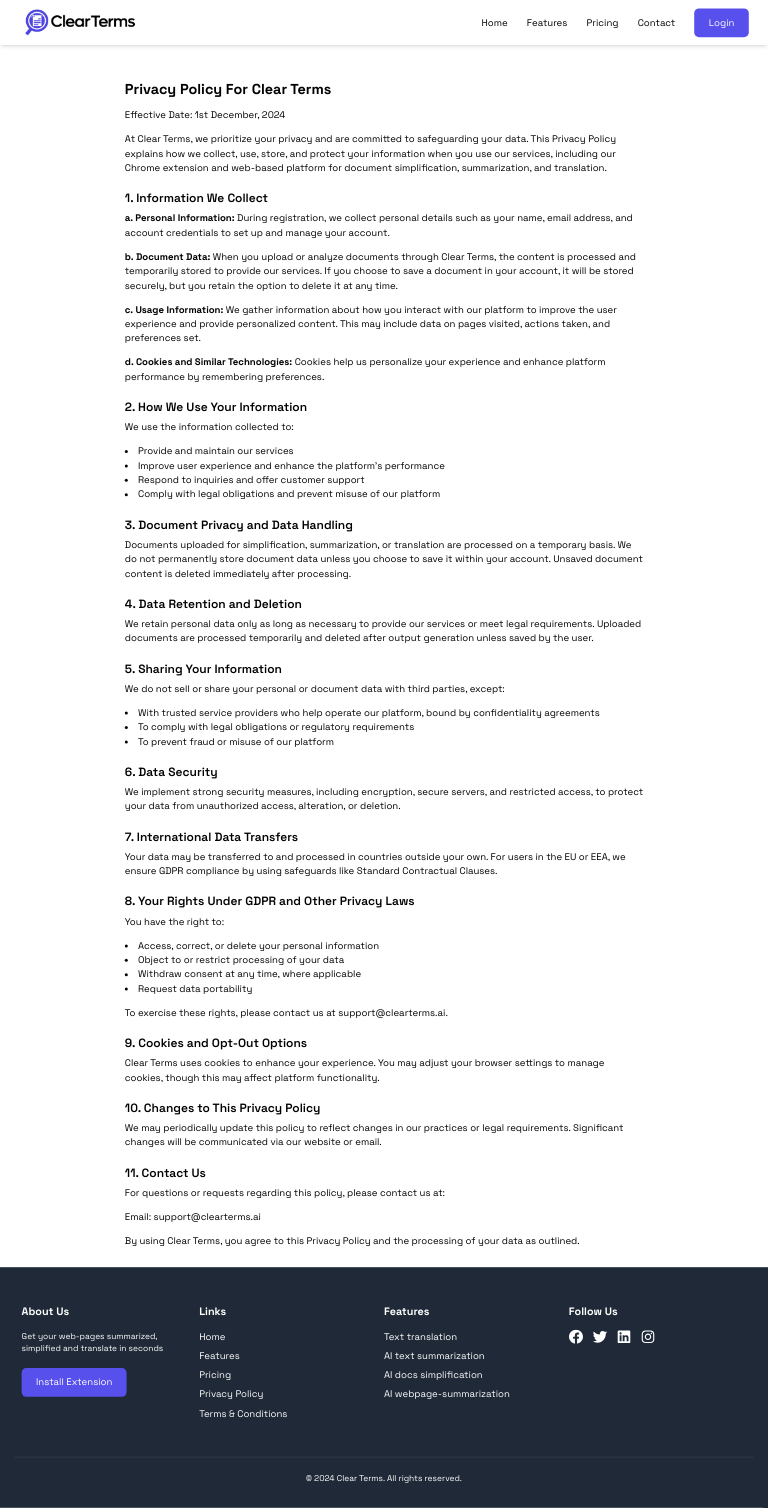
Repository: sabeelyousaf/clearterms
Page: /privacy-policy
An editor plug-in stored every save of this project. The page is shown before and after the next save, followed by the edit.
The browser window is 1280 px wide. The pictures show the whole page, at 60% of full size.
The project was rebuilt for these pictures with package versions that can differ from the ones it lists, and the page was loaded fresh each time. The framework's server and built-in components were replaced by stand-ins that run in the browser. Also part of the build but not shown: next.config.js.

Above is the page before, as saved 2024-12-07 13:05:38.

### src/app/layout.js
import './globals.css'
import { Space_Grotesk } from 'next/font/google'

const font = Space_Grotesk({ subsets: ['latin'] })

export const metadata = {
  title: 'Clear Terms',
  description: 'clear terms',
}

export default function RootLayout({ children }) {
  return (
    <html lang="en">
      <body className={font.className}>{children}</body>
    </html>
  )
}

### src/app/privacy-policy/page.jsx
"use client";
import React from "react";
import Header from "../components/Header";
import Footer from "../components/Footer";

export default function Page() {
  return (
    <>
      <Header />
      <div className="my-5 py-5">
        <div className="my-5 "></div>
      </div>
      <div className="max-w-4xl mx-auto px-4 py-8">
        <h2 className="text-2xl font-bold mb-4">
          Privacy Policy For Clear Terms
        </h2>
        <p className="mb-4">Effective Date: 1st December, 2024</p>

        <p className="mb-4">
          At Clear Terms, we prioritize your privacy and are committed to
          safeguarding your data. This Privacy Policy explains how we collect,
          use, store, and protect your information when you use our services,
          including our Chrome extension and web-based platform for document
          simplification, summarization, and translation.
        </p>

        <h3 className="text-xl font-semibold mt-6 mb-2">
          1. Information We Collect
        </h3>
        <p className="mb-4">
          <strong>a. Personal Information:</strong> During registration, we
          collect personal details such as your name, email address, and account
          credentials to set up and manage your account.
        </p>

        <p className="mb-4">
          <strong>b. Document Data:</strong> When you upload or analyze documents through Clear Terms, the content is processed and temporarily stored to provide our services. If you choose to save a document in your account, it will be stored securely, but you retain the option to delete it at any time.
        </p>

        <p className="mb-4">
          <strong>c. Usage Information:</strong> We gather information about how
          you interact with our platform to improve the user experience and
          provide personalized content. This may include data on pages visited,
          actions taken, and preferences set.
        </p>

        <p className="mb-4">
          <strong>d. Cookies and Similar Technologies:</strong> Cookies help us
          personalize your experience and enhance platform performance by
          remembering preferences.
        </p>

        <h3 className="text-xl font-semibold mt-6 mb-2">
          2. How We Use Your Information
        </h3>
        <p className="mb-4">We use the information collected to:</p>
        <ul className="list-disc list-inside mb-4">
          <li>Provide and maintain our services</li>
          <li>
            Improve user experience and enhance the platform’s performance
          </li>
          <li>Respond to inquiries and offer customer support</li>
          <li>
            Comply with legal obligations and prevent misuse of our platform
          </li>
        </ul>

        <h3 className="text-xl font-semibold mt-6 mb-2">
          3. Document Privacy and Data Handling
        </h3>
        <p className="mb-4">
          Documents uploaded for simplification, summarization, or translation
          are processed on a temporary basis. We do not permanently store
          document data unless you choose to save it within your account.
          Unsaved document content is deleted immediately after processing.
        </p>

        <h3 className="text-xl font-semibold mt-6 mb-2">
          4. Data Retention and Deletion
        </h3>
        <p className="mb-4">
          We retain personal data only as long as necessary to provide our
          services or meet legal requirements. Uploaded documents are processed
          temporarily and deleted after output generation unless saved by the
          user.
        </p>

        <h3 className="text-xl font-semibold mt-6 mb-2">
          5. Sharing Your Information
        </h3>
        <p className="mb-4">
          We do not sell or share your personal or document data with third
          parties, except:
        </p>
        <ul className="list-disc list-inside mb-4">
          <li>
            With trusted service providers who help operate our platform, bound
            by confidentiality agreements
          </li>
          <li>To comply with legal obligations or regulatory requirements</li>
          <li>To prevent fraud or misuse of our platform</li>
        </ul>

        <h3 className="text-xl font-semibold mt-6 mb-2">6. Data Security</h3>
        <p className="mb-4">
          We implement strong security measures, including encryption, secure
          servers, and restricted access, to protect your data from unauthorized
          access, alteration, or deletion.
        </p>

        <h3 className="text-xl font-semibold mt-6 mb-2">
          7. International Data Transfers
        </h3>
        <p className="mb-4">
          Your data may be transferred to and processed in countries outside
          your own. For users in the EU or EEA, we ensure GDPR compliance by
          using safeguards like Standard Contractual Clauses.
        </p>

        <h3 className="text-xl font-semibold mt-6 mb-2">
          8. Your Rights Under GDPR and Other Privacy Laws
        </h3>
        <p className="mb-4">You have the right to:</p>
        <ul className="list-disc list-inside mb-4">
          <li>Access, correct, or delete your personal information</li>
          <li>Object to or restrict processing of your data</li>
          <li>Withdraw consent at any time, where applicable</li>
          <li>Request data portability</li>
        </ul>
        <p className="mb-4">
          To exercise these rights, please contact us at support@clearterms.ai.
        </p>

        <h3 className="text-xl font-semibold mt-6 mb-2">
          9. Cookies and Opt-Out Options
        </h3>
        <p className="mb-4">
          Clear Terms uses cookies to enhance your experience. You may adjust
          your browser settings to manage cookies, though this may affect
          platform functionality.
        </p>

        <h3 className="text-xl font-semibold mt-6 mb-2">
          10. Changes to This Privacy Policy
        </h3>
        <p className="mb-4">
          We may periodically update this policy to reflect changes in our
          practices or legal requirements. Significant changes will be
          communicated via our website or email.
        </p>

        <h3 className="text-xl font-semibold mt-6 mb-2">11. Contact Us</h3>
        <p className="mb-4">
          For questions or requests regarding this policy, please contact us at:
        </p>
        <p className="mb-4">Email: support@clearterms.ai</p>

        <p>
          By using Clear Terms, you agree to this Privacy Policy and the
          processing of your data as outlined.
        </p>
      </div>
      <Footer />
    </>
  );
}

### src/app/globals.css
@tailwind base;
@tailwind components;
@tailwind utilities;

*{
    scroll-behavior: smooth;
}

.bg-green{
  background-color: green;
}
.loader {
    border: 4px solid rgba(255, 255, 255, 0.3);
    border-top: 4px solid #3498db;
    border-radius: 50%;
    width: 40px; /* Size of the loader */
    height: 40px; /* Size of the loader */
    animation: spin 1s linear infinite;
  }

  @keyframes spin {
    0% { transform: rotate(0deg); }
    100% { transform: rotate(360deg); }
  }
.max-w-lg{
    max-width: 900px;
    min-width: 400px;
}


  .grow-effect {
    animation: grow 1s infinite alternate;
  }

  @keyframes grow {
    0% {
      transform: scale(1);
    }
    100% {
      transform: scale(1.1);
    }
  }


  /* Center the spinner in the middle of the page */
.spinner-container {
  display: flex;
  justify-content: center;
  align-items: center;
  height: 100vh;
  background-color: #f8f9fa; /* Optional: Light background color */
}

.spinner {
  width: 50px;
  height: 50px;
  border: 5px solid rgba(0, 0, 0, 0.1); /* Light border */
  border-top: 5px solid #007bff; /* Primary color */
  border-radius: 50%;
  animation: spin 1s linear infinite;
}
.mob-center{
  margin: 0px!important;
}
.mob-hide{
  display: none!important;
}
.mob-margin{
  margin-top: 40px!important;
}


/* Spinner animation */
@keyframes spin {
  from {
    transform: rotate(0deg);
  }
  to {
    transform: rotate(360deg);
  }
}
@media(max-width:768px){
  .mob-center{
    margin: 0px!important;
  }
  .btn-full{
    width: 100%!important;
    margin-top: 20px!important;
    margin-left: -20px;
  }
}

### src/app/components/Header.jsx
"use client";
import Image from 'next/image';
import Link from 'next/link';
import React, { useState, useEffect } from 'react';
import { AiOutlineMenu } from 'react-icons/ai'; // Icon for mobile menu
import { motion } from 'framer-motion';
import { AiOutlineUser } from 'react-icons/ai'; // Profile icon
import logo from './../../../public/logo.png'
const Header = () => {
    const [isOpen, setIsOpen] = useState(false);
    const [dropdownOpen, setDropdownOpen] = useState(false);
    const [isLoggedIn, setIsLoggedIn] = useState(false);

    const toggleMenu = () => {
        setIsOpen(!isOpen);
    };

    const toggleDropdown = () => {
        setDropdownOpen(!dropdownOpen);
    };

    // Check if the user is logged in
    useEffect(() => {
        const token = sessionStorage.getItem('token');
        setIsLoggedIn(token !== null); // Update logged-in state
    }, []);

    return (
        <div>
            <header className="bg-white shadow-md fixed w-full top-0 z-50 py-3">
                <div className="max-w-screen-xl mx-auto flex justify-between items-center px-4 md:px-8">
                    <Image src={logo} alt='Logo' width={200} className=' object-contain bg-blend-overlay' />
                    <nav className="hidden md:flex gap-x-8 items-center">
                        <Link href="/#home"><p className="hover:text-indigo-600">Home</p></Link>
                        <Link href="/#features"><p className="hover:text-indigo-600">Features</p></Link>
                        <Link href="/#pricing"><p className="hover:text-indigo-600">Pricing</p></Link>
                        <Link href="/contact"><p className="hover:text-indigo-600">Contact</p></Link>

                        {!isLoggedIn ? (
                            <Link href="/login"><p className="bg-indigo-600 text-white px-6 py-3 rounded-lg">Login</p></Link>
                        ) : (
                            <div className="relative">
                                <button onClick={toggleDropdown} className="flex items-center">
                                    <AiOutlineUser className="w-6 h-6" />
                                </button>
                                {dropdownOpen && (
                                    <div className="absolute right-0 mt-2 w-48 bg-white shadow-lg rounded-md z-20">
                                        <Link href="/dashboard" className="block px-4 py-2 text-sm hover:bg-indigo-100">Dashboard</Link>
                                        <Link href="/dashboard/profile" className="block px-4 py-2 text-sm hover:bg-indigo-100">Settings</Link>
                                        <button onClick={() => {
                                            sessionStorage.removeItem('token'); // Clear the token on logout
                                            setIsLoggedIn(false); // Update logged-in state
                                            window.location.href = '/'; // Redirect to homepage
                                        }} className="block w-full text-left px-4 py-2 text-sm hover:bg-indigo-100">Logout</button>
                                    </div>
                                )}
                            </div>
                        )}
                    </nav>
                    {/* Mobile Menu Button */}
                    <button className="md:hidden" onClick={toggleMenu}>
                        <AiOutlineMenu className="w-6 h-6" /> {/* React Icon for the menu */}
                    </button>
                </div>

                {/* Mobile Menu */}
                {isOpen && (
                    <motion.div
                        initial={{ opacity: 0, y: -20 }}
                        animate={{ opacity: 1, y: 0 }}
                        exit={{ opacity: 0, y: -20 }}
                        className="md:hidden bg-white shadow-lg absolute top-16 left-0 w-full"
                    >
                        <div className="flex flex-col items-center space-y-4 py-4">
                            <Link href="/#home"><p className="hover:text-indigo-600" onClick={toggleMenu}>Home</p></Link>
                            <Link href="/#features"><p className="hover:text-indigo-600" onClick={toggleMenu}>Features</p></Link>
                            <Link href="/#pricing"><p className="hover:text-indigo-600" onClick={toggleMenu}>Pricing</p></Link>
                            <Link href="/contact"><p className="hover:text-indigo-600">Contact</p></Link>
                            {!isLoggedIn ? (
                                <Link href="/login"><p className="bg-indigo-600 text-white px-6 py-2 rounded-lg">Login</p></Link>
                            ) : (
                                <div className="relative">
                                    <button onClick={toggleDropdown} className="flex items-center">
                                        <AiOutlineUser className="w-6 h-6" />
                                    </button>
                                    {dropdownOpen && (
                                        <div className="absolute right-0 mt-2 w-48 bg-white shadow-lg rounded-md z-20">
                                            <Link href="/dashboard" className="block px-4 py-2 text-sm hover:bg-indigo-100">Dashboard</Link>
                                            <Link href="/dashboard/profile" className="block px-4 py-2 text-sm hover:bg-indigo-100">Settings</Link>
                                            <button onClick={() => {
                                                sessionStorage.removeItem('token'); // Clear the token on logout
                                                setIsLoggedIn(false); // Update logged-in state
                                                window.location.href = '/'; // Redirect to homepage
                                            }} className="block w-full text-left px-4 py-2 text-sm hover:bg-indigo-100">Logout</button>
                                        </div>
                                    )}
                                </div>
                            )}
                        </div>
                    </motion.div>
                )}
            </header>
        </div>
    );
}

export default Header;

### src/app/components/Footer.jsx
'use client';

import Link from 'next/link';
import { FaFacebook, FaTwitter, FaLinkedin, FaInstagram } from 'react-icons/fa';

const Footer = () => {
    return (
        <footer className="bg-gray-800 text-white py-10">
            <div className="max-w-screen-xl mx-auto px-6">
                <div className="flex flex-row mb-8 flex-wrap">
                    {/* About Section */}
                    <div className='w-full py-5 px-3 lg:w-1/4'>
                        <h4 className="text-lg font-bold mb-4">About Us</h4>
                        <p className="text-sm mb-2">
                        Get your web-pages summarized, simplified and translate in seconds
                        </p>
                        <Link href="/" className="text-white hover:underline">
                            <button className="bg-indigo-600 text-white px-6 py-3 rounded-lg mt-4">Install Extension</button>
                        </Link>
                    </div>


                    <div className='w-1/2 py-5 lg:w-1/4'>
                        <h4 className="text-lg font-bold mb-4">Links</h4>
                        <ul className="list-none">
                            <li className="mb-2">
                                <Link href="/" className="text-white hover:underline">
                                    Home
                                </Link>
                            </li>
                            <li className="mb-2">
                                <Link href="/#features" className="text-white hover:underline">
                                    Features
                                </Link>
                            </li>
                            <li className="mb-2">
                                <Link href="/#pricing" className="text-white hover:underline">
                                    Pricing
                                </Link>
                            </li>
                            <li className="mb-2">
                            <Link href="/privacy-policy" className="text-white hover:underline">
                                Privacy Policy
                                </Link>
                            </li>
                            <li className="mb-2">
                            <Link href="/terms-conditions" className="text-white hover:underline">
                                Terms & Conditions
                                </Link>
                            </li>
                        </ul>
                    </div>
                    {/* Links Section */}
                    <div className=' w-1/2 py-5  lg:w-1/4'>
                        <h4 className="text-lg font-bold mb-4">Features</h4>
                        <ul className="list-none">
                            <li className="mb-2">
                            Text translation

                            </li>
                            <li className="mb-2">
                            AI text summarization
                            </li>
                            <li className="mb-2">
                            AI docs simplification

                            </li>
                            <li className="mb-2">
                            AI webpage-summarization
                            </li>

                        </ul>
                    </div>



                    {/* Social Media Section */}
                    <div className='sm:w-auto py-5 lg:w-1/4'>
                        <h4 className="text-lg font-bold mb-4">Follow Us</h4>
                        <ul className="flex space-x-4">
                            <li>
                                <Link href="https://facebook.com" target="_blank" rel="noopener noreferrer">
                                    <FaFacebook className="w-6 h-6 text-white hover:text-indigo-300" />
                                </Link>
                            </li>
                            <li>
                                <Link href="https://twitter.com" target="_blank" rel="noopener noreferrer">
                                    <FaTwitter className="w-6 h-6 text-white hover:text-indigo-300" />
                                </Link>
                            </li>
                            <li>
                                <Link href="https://linkedin.com" target="_blank" rel="noopener noreferrer">
                                    <FaLinkedin className="w-6 h-6 text-white hover:text-indigo-300" />
                                </Link>
                            </li>
                            <li>
                                <Link href="https://instagram.com" target="_blank" rel="noopener noreferrer">
                                    <FaInstagram className="w-6 h-6 text-white hover:text-indigo-300" />
                                </Link>
                            </li>
                        </ul>
                    </div>
                </div>
                <hr className="border-gray-700" />
                <div className="text-center mt-6">
                    <p className="text-sm">
                        &copy; {new Date().getFullYear()} Clear Terms. All rights reserved.
                    </p>
                </div>
            </div>
        </footer>
    );
};

export default Footer;

### tailwind.config.js
/** @type {import('tailwindcss').Config} */
module.exports = {
  content: [
    './src/pages/**/*.{js,ts,jsx,tsx,mdx}',
    './src/components/**/*.{js,ts,jsx,tsx,mdx}',
    './src/app/**/*.{js,ts,jsx,tsx,mdx}',
      "./node_modules/flowbite/**/*.js",

  ],
  theme: {
    extend: {
      backgroundImage: {
        'gradient-radial': 'radial-gradient(var(--tw-gradient-stops))',
        'gradient-conic':
          'conic-gradient(from 180deg at 50% 50%, var(--tw-gradient-stops))',
         'custom-gradient': 'linear-gradient(89.7deg, rgb(0, 32, 95) 2.8%, rgb(132, 53, 142) 97.8%)',
      },
      colors: {
        primary: '#4f46e5',
      }
    },
  },
  plugins: [
    require('flowbite/plugin')
  ],
}

After the next save:
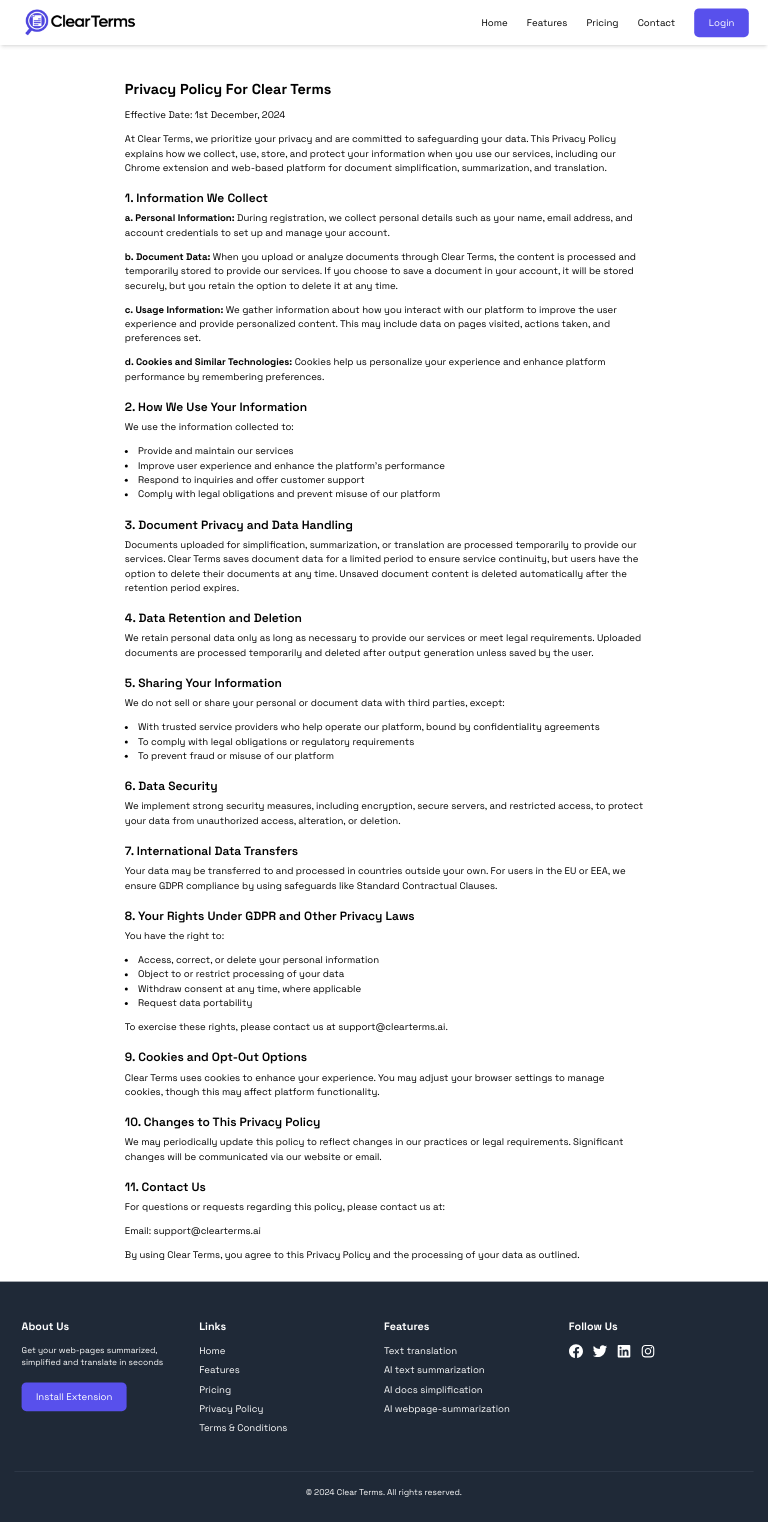
Saved 19 s later.
--- a/src/app/privacy-policy/page.jsx
+++ b/src/app/privacy-policy/page.jsx
@@ -69,10 +69,7 @@
           3. Document Privacy and Data Handling
         </h3>
         <p className="mb-4">
-          Documents uploaded for simplification, summarization, or translation
-          are processed on a temporary basis. We do not permanently store
-          document data unless you choose to save it within your account.
-          Unsaved document content is deleted immediately after processing.
+        Documents uploaded for simplification, summarization, or translation are processed temporarily to provide our services. Clear Terms saves document data for a limited period to ensure service continuity, but users have the option to delete their documents at any time. Unsaved document content is deleted automatically after the retention period expires.
         </p>
 
         <h3 className="text-xl font-semibold mt-6 mb-2">
